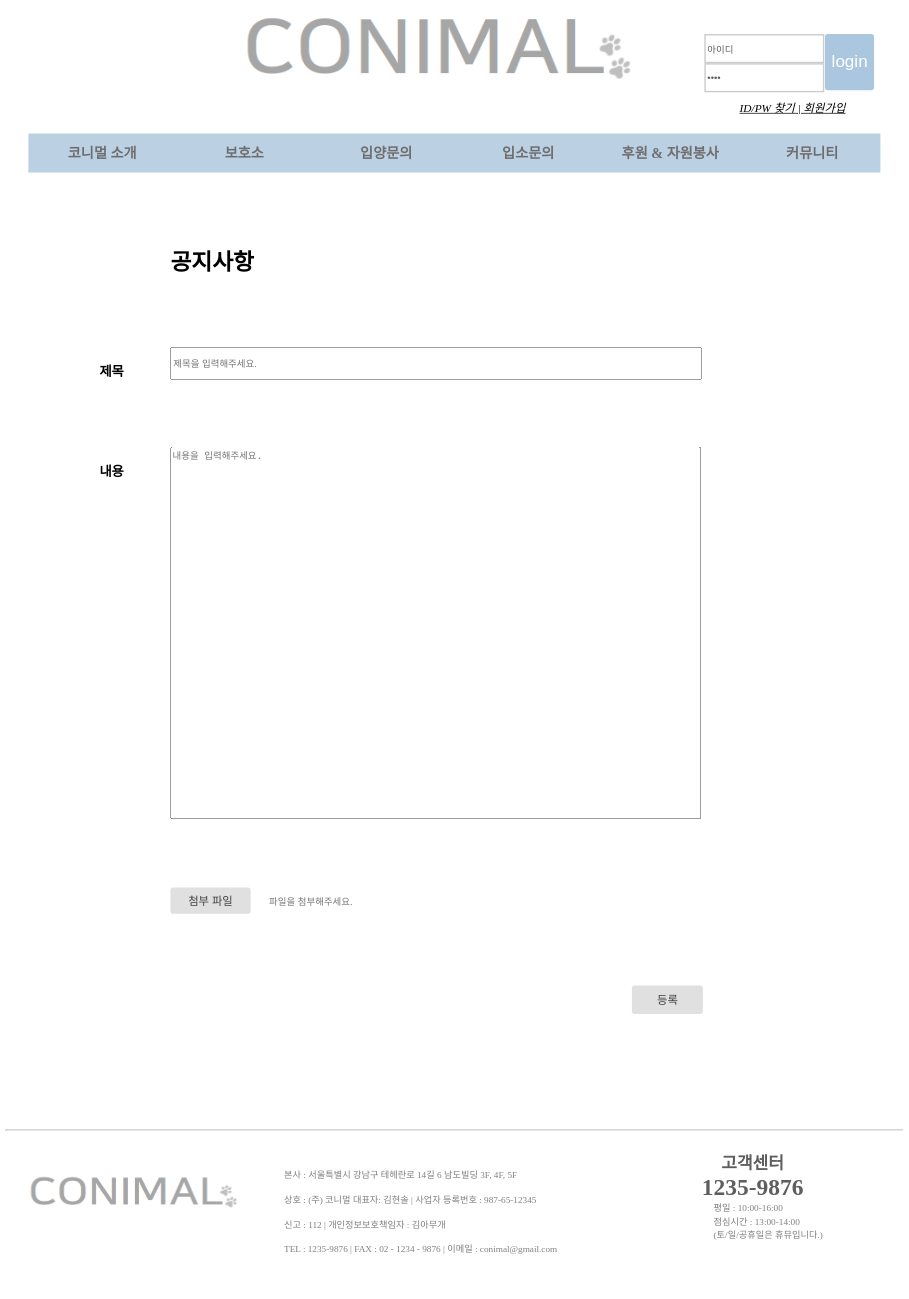
Repository: rlagusthf12/SemiProject
Page: http://localhost/jspProject/views/notice/writeNotice.jsp
An editor plug-in stored every save of this project. The page is shown before and after the next save, followed by the edit.
The browser window is 1280 px wide. The pictures show the whole page, at 71% of full size.
The page is served by Tomcat 9. Other server files are loaded and not shown.

Above is the page before, as saved 2021-05-18 08:11:56.

### jspProject/WebContent/views/notice/writeNotice.jsp
<%@ page language="java" contentType="text/html; charset=UTF-8"
    pageEncoding="UTF-8"%>
<!DOCTYPE html>
<html>
<head>
<meta charset="UTF-8">
<title>Insert title here</title>
</head>
<style>
.body{
		width: 1000px;
        height: 1240px;
        margin: 0 auto;
        margin-top:30px;
	}
h3{
float:left;
}
.headTitle{
	margin:100px;
}
.title{
width:741px;
height:40px;
margin:100px;
}
.title>input{
width:100%;
height:100%;
}

.content{
width:741px;
height:519px;
margin:100px;
}
.content>textarea{
resize:none;
width:100%;
height:100%;
}
.attachment{
width:741px;
height:40px;
margin:100px;
}
.attachmentbtn{
padding: 10px 25px;
border-radius:4px;
font-size: 16px;
color: rgb(64, 64, 64);
 text-align: center;
 line-height: 2.5em;
background-color: rgb(224, 224, 224);
}
.attachment>input{
 width: 580px; height: 40px;
 margin-left:20px;
 border-radius:4px;
 border:0px;
}
#inputfile{
display:none;
}

 .write>button{
    float:right;
    font-size: 16px;
    color: rgb(64, 64, 64);
    text-align: center;
    line-height: 2.5em;
    background-color: rgb(224, 224, 224);
    border:0px;
    border-radius: 4px;
    width: 100px;
    height: 40px;
    margin-right: 150px;
  }


</style>
<body>
<%@ include file="../common/menubar.jsp" %>

  <div class="body">

  <div class="headTitle">
 	<h1>공지사항</h1>
  </div>

  <h3>제목</h3>
  <div class="title">

  <input type="text" placeholder="제목을 입력해주세요.">
  </div>
   <h3>내용</h3>
  <div class="content">
  <textarea placeholder="내용을 입력해주세요."></textarea>
  </div>
  <div class="attachment">
   <input type="file" id="inputfile">
  <label class="attachmentbtn" for="inputfile">첨부 파일</label>
  <input type="text" placeholder="파일을 첨부해주세요.">

  </div>
  <div class="write">
  <button>등록</button>
  </div>


  </div>

<%@ include file="../common/footerbar.jsp" %>

</body>
</html>

### jspProject/WebContent/views/common/menubar.jsp
<%@ page language="java" contentType="text/html; charset=UTF-8"
    pageEncoding="UTF-8"%>
<!DOCTYPE html>
<html>
<head>
<meta charset="UTF-8">
<title>Insert title here</title>

<style>
    .on{
         width: 1200px;
         height: 180px;
         margin: 0 auto;
         }
    .mainLogo{

        margin-left: 302px;

    }

    .login {
        float:right;
        margin-top:40px;
     }
   #loginform>*{

    float:left;
    }
    .id_pwd{width: 65%; height: 70px; } .loginbtn{width: 35%;}

    .pwd,.id{
        color: rgb(94, 94, 94);
        border-style: solid;
        border-color: rgb(204, 204, 204);
        width:100%;
        height:50%;
    }
    .loginbtn>input{
        font-size: 24px;
        width: 80%;
        height: 100%;
        color: rgb(255, 255, 255);
        line-height: 3.2em;
        background-color: rgb(171, 198, 223);
        text-align: center;
        border-radius: 4px;
        border:0px;
    }

    .find{
    text-decoration-line: underline;
    font-style: italic;
    font-size: 16px;
    line-height: 3.2em;
    }

    .navi{
            width: 1200px; height: 55px;
            background-color: rgb(187, 208, 227);
            margin: 0 auto;
     }
     #navi1{
            list-style-type:none;
            margin:0;
            padding:0;
            height:100%;
            text-decoration:none;

        }

        #navi1>li{
            margin-left: 8px;
            float:left;
            width:16%;
            height:100%;
            text-align:center;
        }
        #navi1 a{
            line-height: 2.8em;
            font-size: 20px;
            color: rgb(110, 109, 109);
            font-family: HanSans;
            width: 16.6%;
            font-weight: bold;
            cursor:pointer;
            height:100%;
            width:100%;
            display:block;
            text-decoration:none;
            z-index: 6;
        }
        #navi1 a:hover{color: white;}
        #navi1>li>ul{
            list-style-type:none;
            display:none;
            margin-top:0px;
            padding:10px;
            background-color: rgb(184, 183, 183);
            font-family: HanSans;
            line-height: 2.8em;
            font-size: 20px;
            position: relative;
            z-index: 6;
        }
        #navi1>li>ul a{font-size:15px;}
        #navi1>li>a:hover+ul{display:block;}
        #navi1>li>ul:hover{display:block;}
     </style>
</head>

<body>

            <div class="on">

                    <image src="resources/images/mainLogo.png" width="558px" height="120px" class="mainLogo">

                        <div class="login" align="center">

                            <form action="" id="loginform">

                                <div class="id_pwd">
                                    <input type="text" class="id" value="아이디"><br>
                                    <input type="password" class="pwd" value="비밀번호" >
                                </div>

                                <div class="loginbtn">
                                    <input type="submit" value="login">
                                </div>
                            </form>
                            <span class="find">ID/PW 찾기 | 회원가입</span>
                        </div>

            </div>
            <div class="navi">
                    <ul id="navi1" >
                        <li><a href="">코니멀 소개</a></li>
                        <li><a href="">보호소</a></li>
                        <li><a href="">입양문의</a>
                            <ul>
                                <li><a href="">보호중인 동물</a></li>
                                <li><a href="">입양 절차</a></li>
                                <li><a href="">입양 신청</a></li>
                                <li><a href="">입양 후기</a></li>
                            </ul>
                        </li>
                        <li><a href="">입소문의</a>
                            <ul>
                                <li><a href="">입소 절차</a></li>
                                <li><a href="">입소 신청</a></li>
                            </ul>
                        </li>
                        <li><a href="">후원 &amp; 자원봉사</a>
                        <ul>
                            <li><a href="">자원봉사</a></li>
                            <li><a href="">후원</a></li>
                        </ul>
                      </li>
                        <li><a href="">커뮤니티</a>
                        <ul>
                            <li><a href="">자유 게시판</a></li>
                            <li><a href="">공지사항</a></li>
                            <li><a href="">고객센터</a></li>
                        </ul>
                    </li>
                    </ul>
            </div>


</body>
</html>

### jspProject/WebContent/views/common/footerbar.jsp
<%@ page language="java" contentType="text/html; charset=UTF-8"
    pageEncoding="UTF-8"%>
<!DOCTYPE html>
<html>
<head>
<meta charset="UTF-8">
<title>Insert title here</title>
<style>


 .footerbar{

         width: 1200px;
         height: 180px;
         margin: 0 auto;
     }
     .call{
         width:30%;
         height: 100%;
         float:left;
         margin-left: 60px;
     }

     .minLogo{

         padding-top: 30px;
         height: 100%;
         float:left;
     }
     .ex{
        width:40%;
        float:left;
        height:100%;
        padding-top: 25px;
    }
     .ect{

        font-size: 13px;
        color: rgb(127, 127, 127);
        text-align: left;
        width:450px;
        padding-left: 60px;

     }
     .ect2{
        font-weight: bold; font-size: 24px; text-align: center; color: rgb(94, 94, 94);
     }
     .ect3{
        font-weight: bold; font-size: 33px; text-align: center; color: rgb(94, 94, 94);
     }
     #al{
        width: 250px;
        padding-left: 125px;
     }


</style>
</head>
<body>
            <hr>
            <br>
            <div class="footerbar">
            <div class="minLogo">
                <div>
                 <image src="resources/images/mainLogo.png" width="300" height="60"></image>
                </div>
            </div>
            <div class="ex">
             <div class="ect">
                    본사 : 서울특별시 강남구 테헤란로 14길 6 남도빌딩 3F, 4F, 5F<br><br>

                    상호 : (주) 코니멀 대표자: 김현솔 | 사업자 등록번호 : 987-65-12345 <br><br>

                    신고 : 112 | 개인정보보호책임자 : 김아무개<br><br>

                    TEL : 1235-9876 | FAX : 02 - 1234 - 9876 | 이메일  :  conimal@gmail.com
              </div>
            </div>


            <div class="call">
                <div class="ect2" >
                    고객센터
                    <div class="ect3">
                    1235-9876

                    </div>
                </div>

                <div class="ect" id="al">
                    평일 : 10:00-16:00<br>
                    점심시간 : 13:00-14:00<br>
                    (토/일/공휴일은 휴뮤입니다.)
                </div>

            </div>
            </div>


</body>
</html>

After the next save:
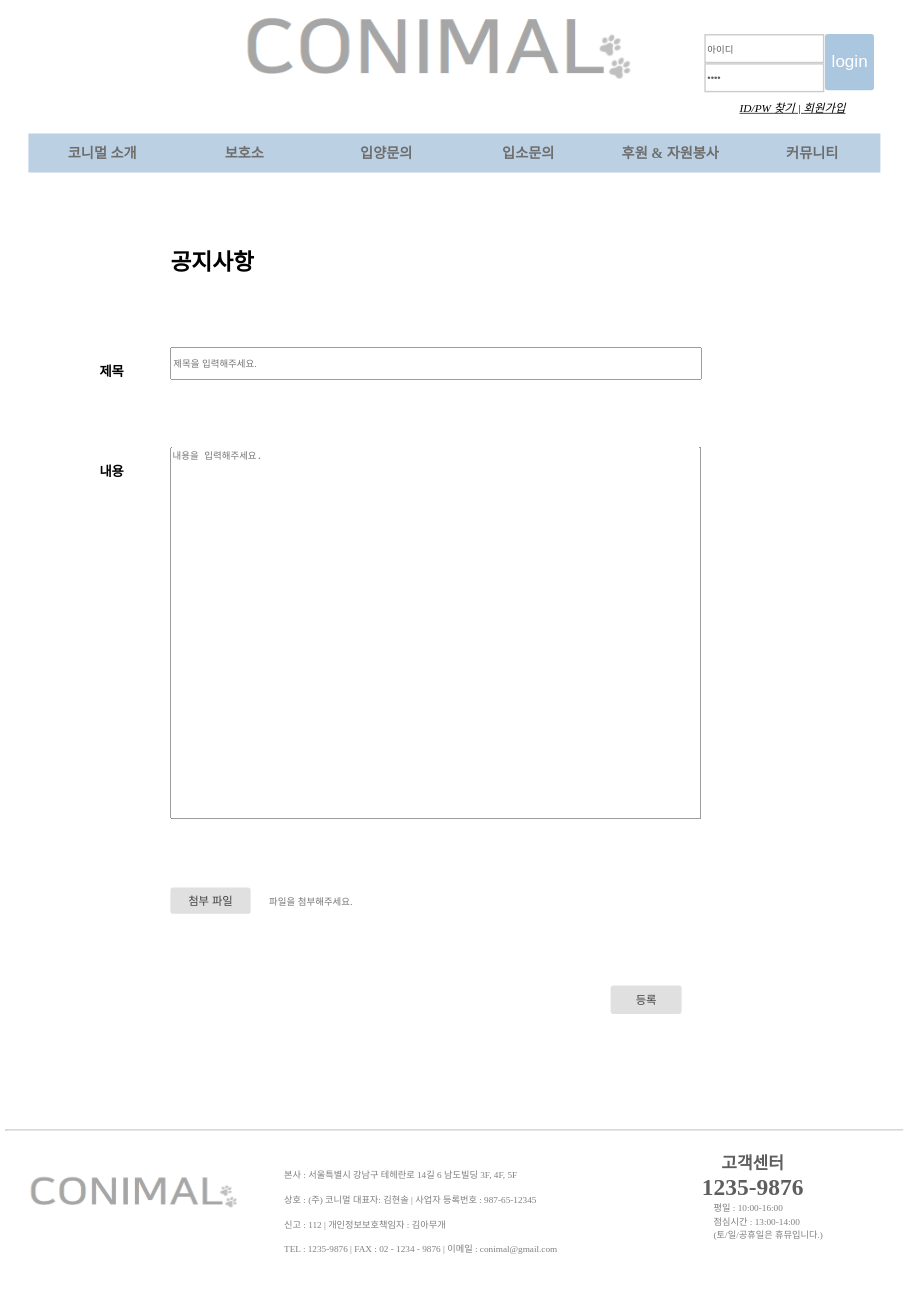
Saved 5 s later.
--- a/jspProject/WebContent/views/notice/writeNotice.jsp
+++ b/jspProject/WebContent/views/notice/writeNotice.jsp
@@ -74,7 +74,7 @@ display:none;
     border-radius: 4px;
     width: 100px;
     height: 40px;
-    margin-right: 150px;
+    margin-right: 180px;
   }
 
 
